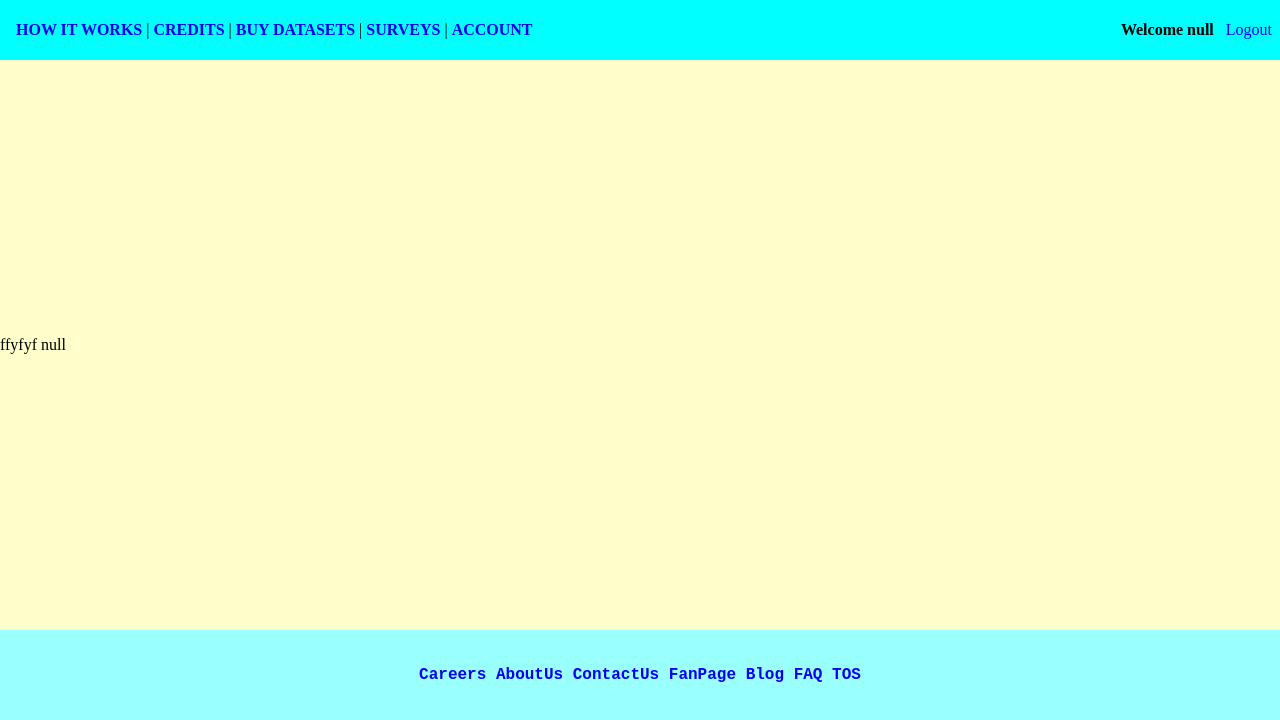
Repository: nicks707/LocoShack_TGMC-project
Page: http://localhost/ram/uploadphoto2.jsp
These files come from the project's save history. The page is drawn as it stood at one moment and after the next save; the edit follows.
The browser window is 1280 px wide. The pictures show the whole page.
The page is served by Tomcat 9. Other server files are loaded and not shown.

Above is the page before, as saved 2012-03-20 15:31:51.

### ram/WebContent/uploadphoto2.jsp
<%@ page language="java" import="java.sql.*" contentType="text/html; charset=ISO-8859-1"
    pageEncoding="ISO-8859-1"%>
    <%@page import="java.io.*"%>
<!DOCTYPE html PUBLIC "-//W3C//DTD HTML 4.01 Transitional//EN" "http://www.w3.org/TR/html4/loose.dtd">
<html>
<head>
<meta http-equiv="Content-Type" content="text/html; charset=ISO-8859-1">
<title>LocoShack-Response</title>
<style>
html, body,table
{
  height: 100%;
  width:100%;
}
</style>
</head>
<body style="margin-top:0px;margin-left:0px;margin-right:0px">
<table  width="100%" cellpadding="0" cellspacing="0"   style="background-color:#FFFFCC">
<tr  height="60px"><td><jsp:include page="header2.jsp"></jsp:include></td></tr>
<tr><td>

ffyfyf
<%
String s=(String)session.getAttribute("imgid");
out.println(s);
%>
</td></tr>
<tr height="50px"><td><jsp:include page="footer.jsp"></jsp:include></td></tr>
</table>
</body>
</html>

### ram/WebContent/header2.jsp
<%@ page language="java" contentType="text/html; charset=ISO-8859-1"
    pageEncoding="ISO-8859-1"%>
<!DOCTYPE html PUBLIC "-//W3C//DTD HTML 4.01 Transitional//EN" "http://www.w3.org/TR/html4/loose.dtd">
<html>
<head>
<meta http-equiv="Content-Type" content="text/html; charset=ISO-8859-1">
<title>Insert title here</title>
</head>
<body style="margin-left:0px;margin-right:0px;margin-top:0px;">
<table cellpadding="0px" cellspacing="0px" width="100%">

<tr bgcolor="#00FFFF" style="height:60px;">
<td>&nbsp;&nbsp;&nbsp;&nbsp;<a href="hit.jsp"><b>HOW IT WORKS</b></a> | <a href="credits.jsp"><b>CREDITS</b></a> | <a href="buydata.jsp"><b>BUY DATASETS</b></a> | <a href="surveys.jsp"><b>SURVEYS</b></a> |  <a href="accmain.jsp"><b>ACCOUNT</b></a> </td>

<td align="right">&nbsp;&nbsp;&nbsp;&nbsp;&nbsp;&nbsp;&nbsp;&nbsp;&nbsp;&nbsp;&nbsp;&nbsp;&nbsp;&nbsp;&nbsp;&nbsp;&nbsp;&nbsp;&nbsp;&nbsp;
&nbsp;&nbsp;&nbsp;&nbsp;&nbsp;&nbsp;&nbsp;&nbsp;&nbsp;&nbsp;&nbsp;&nbsp;&nbsp;&nbsp;&nbsp;&nbsp;&nbsp;&nbsp;&nbsp;&nbsp;&nbsp;&nbsp;&nbsp;&nbsp;&nbsp;&nbsp;&nbsp;&nbsp;&nbsp;&nbsp;&nbsp;&nbsp;&nbsp;&nbsp;&nbsp;&nbsp;&nbsp;&nbsp;&nbsp;&nbsp;&nbsp;&nbsp;&nbsp;&nbsp;&nbsp;&nbsp;&nbsp;&nbsp;&nbsp;&nbsp;&nbsp;&nbsp;&nbsp;&nbsp;&nbsp;&nbsp;&nbsp;&nbsp;&nbsp;&nbsp;
<!-- code for links like welcome user/guest and signout --><b>Welcome <%=session.getAttribute("id") %></b>&nbsp;&nbsp;&nbsp;<a href="logout.jsp">Logout</a>&nbsp;&nbsp;</td>
</tr>

</table>

</body>
</html>

### ram/WebContent/footer.jsp
<%@ page language="java" contentType="text/html; charset=ISO-8859-1"
    pageEncoding="ISO-8859-1"%>
<!DOCTYPE html PUBLIC "-//W3C//DTD HTML 4.01 Transitional//EN" "http://www.w3.org/TR/html4/loose.dtd">
<html>
<head>
<meta http-equiv="Content-Type" content="text/html; charset=ISO-8859-1">
<title>Insert title here</title>
</head>
<style>
a{text-decoration:none;}
</style>
<body style="margin-top:0px;margin-left:0px;margin-right:0px;">
<table width=100% border="0px" cellpadding="0px" cellspacing="0px">
<tr    bgcolor="#99FFFF" style="height:90px;">
<td  colspan="3" width="100%"  align="center"> <font color="#330099" face="Courier New, Courier, monospace"><b><a href="careers.jsp">Careers</a> <a href="abtus.jsp">AboutUs</a> <a href="contact.jsp">ContactUs</a> <a href="http://www.facebook.com">FanPage</a> <a href="blog.jsp">Blog</a> <a href="faq.jsp">FAQ</a> <a href="tos.jsp">TOS</a></b></font></td>
</tr>


</table>

</body>
</html>

After the next save:
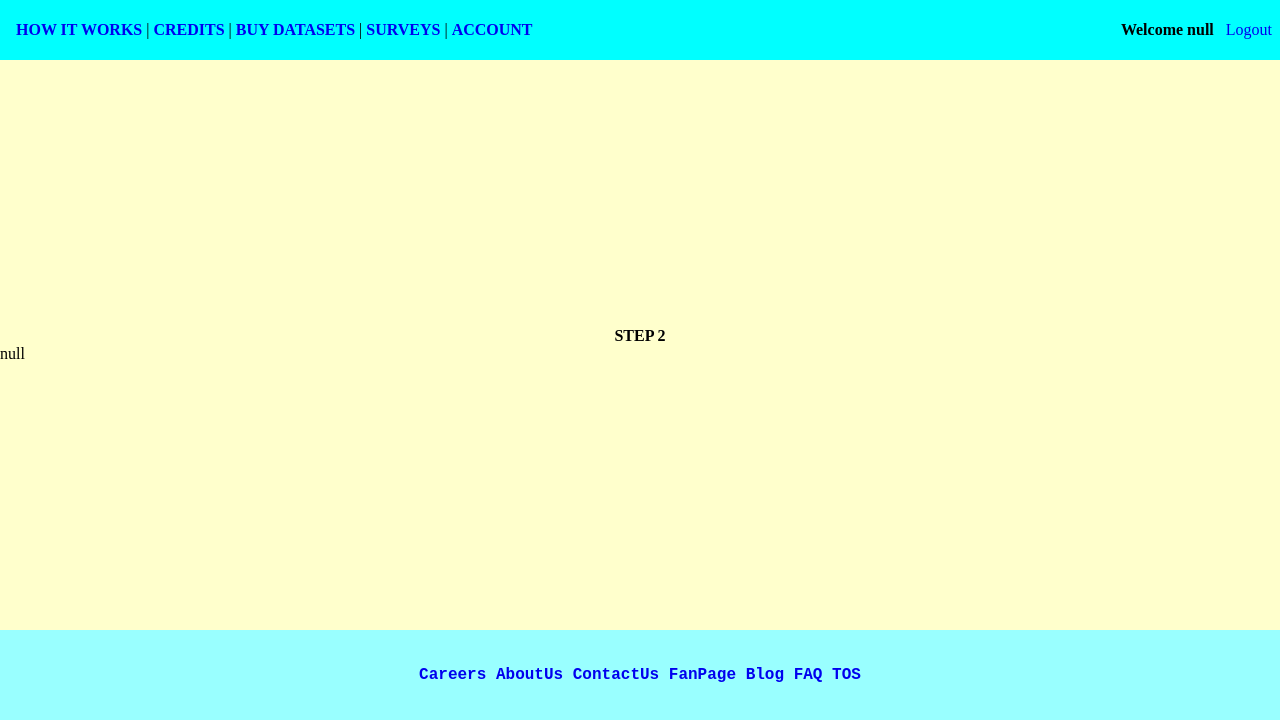
Saved 75 s later.
--- a/ram/WebContent/uploadphoto2.jsp
+++ b/ram/WebContent/uploadphoto2.jsp
@@ -18,8 +18,8 @@ html, body,table
 <table  width="100%" cellpadding="0" cellspacing="0"   style="background-color:#FFFFCC">
 <tr  height="60px"><td><jsp:include page="header2.jsp"></jsp:include></td></tr>
 <tr><td>
+<center><b>STEP 2</b></center>
 
-ffyfyf
 <%
 String s=(String)session.getAttribute("imgid");
 out.println(s);
